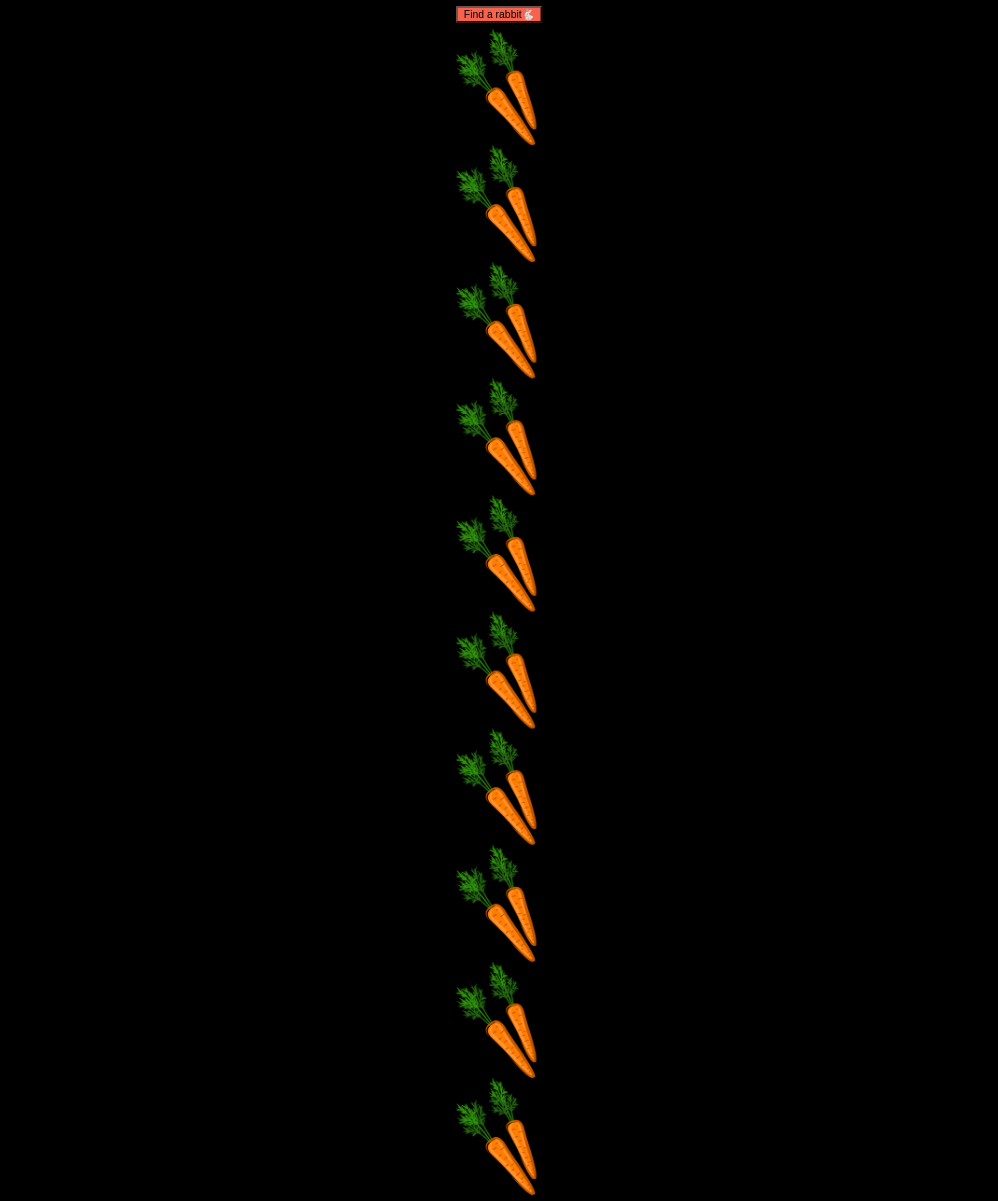
Repository: dhchun1203/browser-practice-works-
Page: rabbits/index.html
The author's editor kept a copy of each file at every save. The page is drawn from the files as they stood at one save, then again after the next save.
The browser window is 1280 px wide. The pictures show the whole page, at 78% of full size.

Above is the page before, as saved 2021-01-04 12:10:35.

### rabbits/index.html
<!DOCTYPE html>
<html lang="en">
	<head>
		<meta charset="UTF-8" />
		<meta name="viewport" content="width=device-width, initial-scale=1.0" />
		<title>Scroll</title>
		<style>
			body {
				background-color: black;
				display: flex;
				flex-direction: column;
				align-items: center;
			}
			button {
				width: 110px;
				margin-bottom: 8px;
				background-color: #f5634d;
			}
			img {
				width: 110px;
			}
		</style>
	</head>
	<body>
		<button>Find a rabbit🐇</button>
		<img src="img/carrot.png" alt="" />
		<img src="img/carrot.png" alt="" />
		<img src="img/carrot.png" alt="" />
		<img src="img/carrot.png" alt="" />
		<img src="img/carrot.png" alt="" />
		<img src="img/carrot.png" alt="" />
		<img src="img/carrot.png" alt="" />
		<img src="img/carrot.png" alt="" />
		<img src="img/carrot.png" alt="" />
		<img src="img/carrot.png" alt="" />
		<script></script>
	</body>
</html>

After the next save:
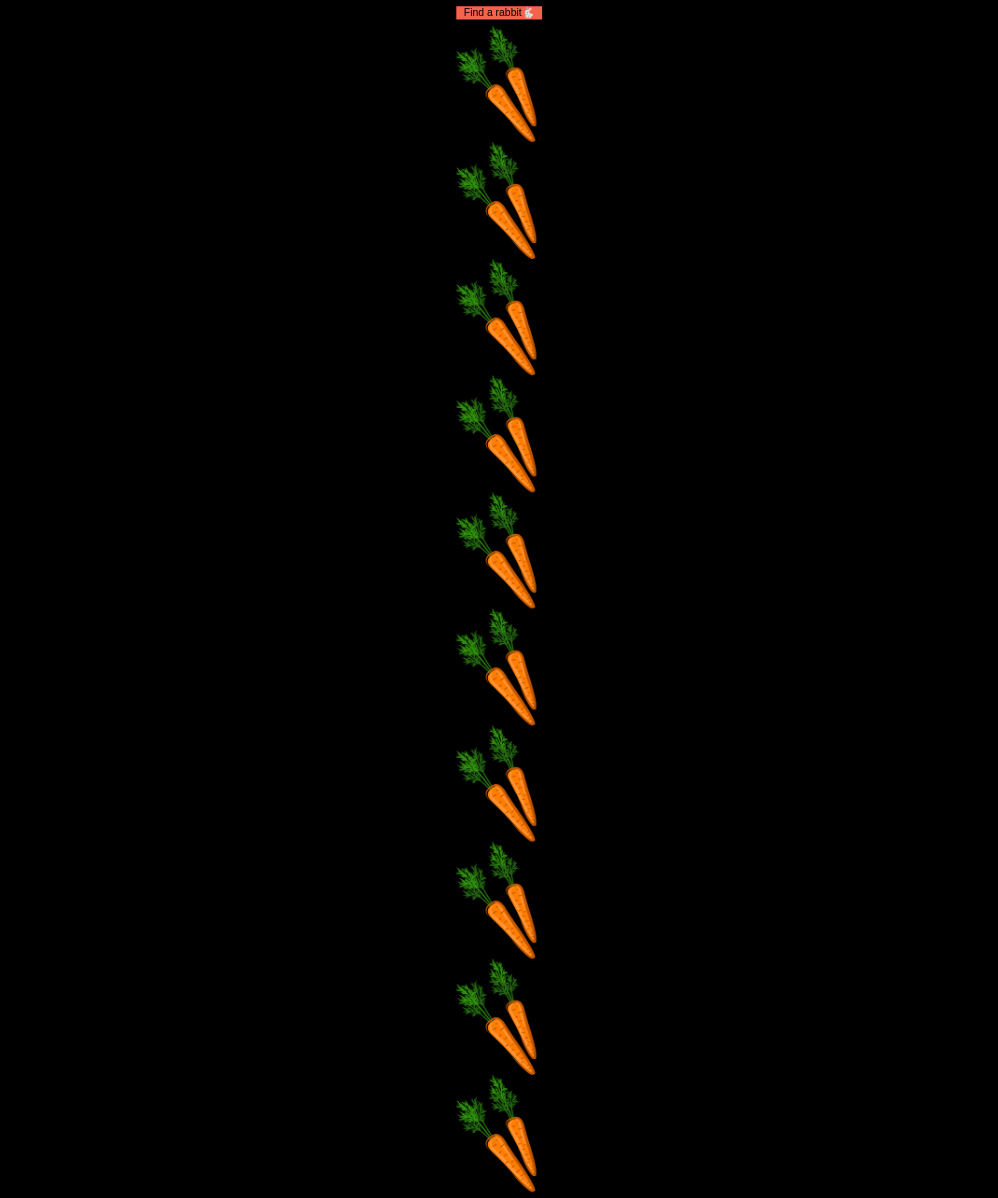
Saved 31 s later.
--- a/rabbits/index.html
+++ b/rabbits/index.html
@@ -15,6 +15,7 @@
 				width: 110px;
 				margin-bottom: 8px;
 				background-color: #f5634d;
+				border-style: none;
 			}
 			img {
 				width: 110px;
